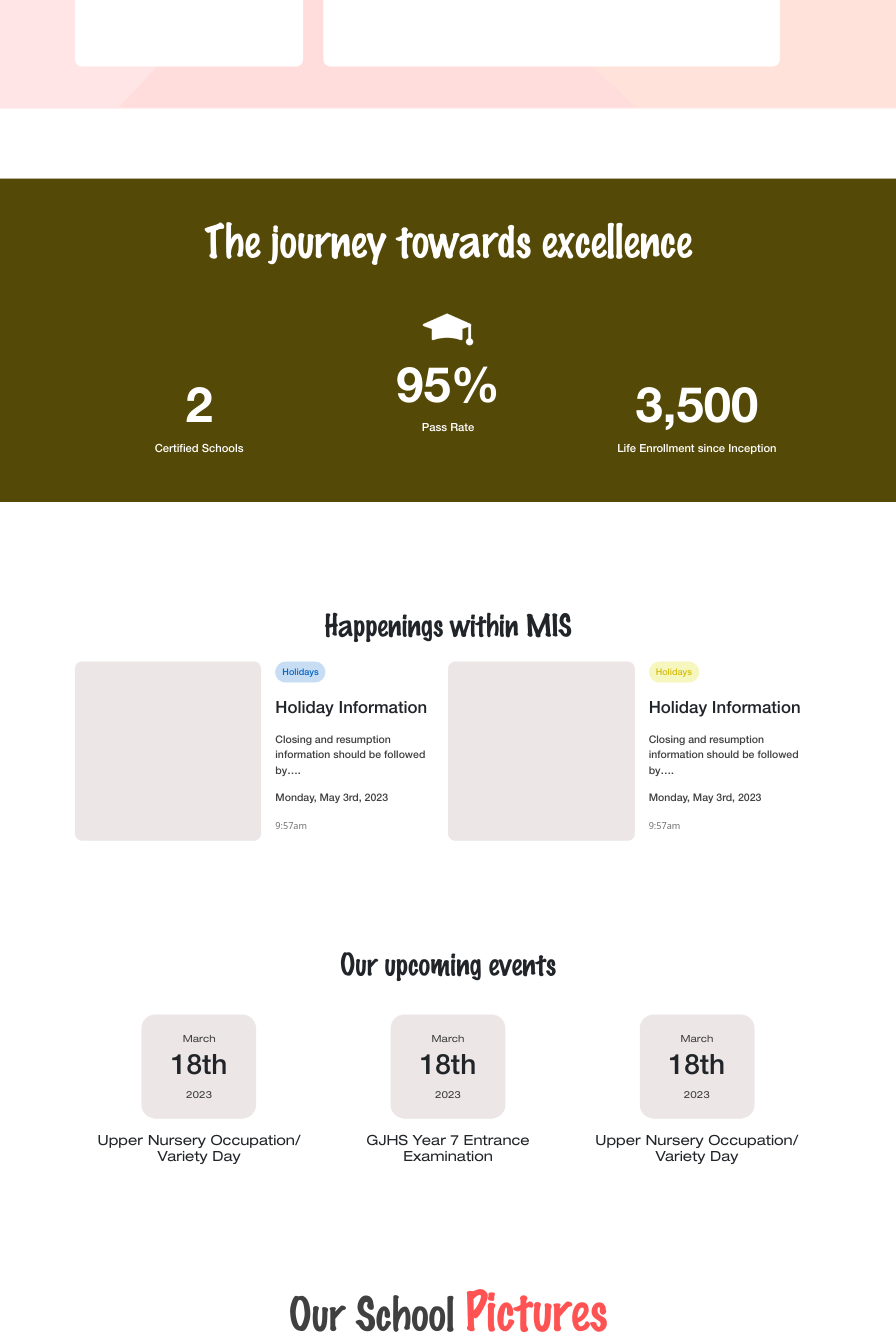
Repository: sarahnnanyelugo/MIGS
Page: /
These files come from the project's save history. The page is drawn as it stood at one moment and after the next save; the edit follows.
The browser window is 1280 px wide. The pictures show the part of the page from y = 3803 to 5723 px (the page is 5723 px tall), at 70% of full size.
The project was rebuilt for these pictures with package versions that can differ from the ones it lists, and the page was loaded fresh each time.

Above is the page before, as saved 2023-05-30 14:18:53.

### src/index.js
import React from "react";
import ReactDOM from "react-dom/client";
import "./index.css";
import App from "./App";
import reportWebVitals from "./reportWebVitals";
import "bootstrap/dist/css/bootstrap.min.css";
import { BrowserRouter, Routes, Route, Link, Outlet } from "react-router-dom";
const root = ReactDOM.createRoot(document.getElementById("root"));
root.render(
  <BrowserRouter>
    <App />
  </BrowserRouter>
);

// If you want to start measuring performance in your app, pass a function
// to log results (for example: reportWebVitals(console.log))
// or send to an analytics endpoint. Learn more: https://bit.ly/CRA-vitals
reportWebVitals();

### src/App.js
import logo from "./logo.svg";
import "./App.scss";
import "bootstrap/dist/css/bootstrap.min.css";
import { BrowserRouter, Routes, Route, Link, Outlet } from "react-router-dom";
import Home from "./pages/Home/Home";
import ScrollToTop from "./components/scrollToTop";
import NavBar from "./components/NavBar/NavBar";
function App() {
  return (
    <>
      <ScrollToTop />
      <NavBar />
      <Routes>
        {" "}
        <Route path="/" element={<Home />} />
        {/* <Route path="tech-hub-page" element={<TechHub />} />
        <Route path="team-hire" element={<TeamHire />} />
        <Route path="hire-page" element={<HiringPage />} /> */}
      </Routes>
    </>
  );
}

export default App;

### src/App.scss
@font-face {
  font-family: maker;
  src: url(./assets/fonts/marker-felt/Marker-Felt.ttf);
}
@font-face {
  font-family: helveticaB;
  src: url(./assets/fonts/helvetica/HelveticaNeueBold.ttf);
}
@font-face {
  font-family: helveticaM;
  src: url(./assets/fonts/helvetica/HelveticaNeueMedium.ttf);
}
@font-face {
  font-family: helveticaR;
  // src: url(./assets/fonts/helvetica/HelveticaNeueRegular.ttf);
  src: url(./assets/fonts/helvetica/HelveticaNeue-Extended.otf);
}

h1,
h2,
h3,
h4,
h5,
h6 {
  font-family: maker;
}

### src/components/NavBar/NavBar.jsx
import React, { useEffect, useState, useRef } from "react";
import { Link, NavLink } from "react-router-dom";
import "./_navbar.scss";
import { useLocation } from "react-router-dom";
// import Icofont from "react-icofont";
import Logo from "../../assets/images/logo2.png";

function NavBar() {
  return (
    <>
      <div className="nav-container col-md-10 offset-md-1">
        {" "}
        <div className=" col-md-1 tech-logo-div">
          {" "}
          <img className="tech-logo" src={Logo} alt="Scholar" width="60%" />
        </div>
        <ul className="list-inline list-unstyled ">
          <li className="list-inline-item">
            <NavLink className="tech-links cool-link" to={"/"}>
              About
            </NavLink>
          </li>
          <li className="list-inline-item">
            <NavLink className="tech-links cool-link">Admission</NavLink>
          </li>
          <li className="list-inline-item">
            <NavLink className="tech-links cool-link">Academics</NavLink>
          </li>
          <li className="list-inline-item">
            <NavLink className="tech-links cool-link">IEC</NavLink>
          </li>{" "}
          <li className="list-inline-item">
            <NavLink className="tech-links cool-link">E-shop</NavLink>
          </li>
          <li className="list-inline-item">
            <NavLink className="tech-links cool-link">Gallery</NavLink>
          </li>
          <li className="list-inline-item">
            <button className="nav-btn">e-portal</button>
          </li>
        </ul>
      </div>
    </>
  );
}

export default NavBar;

### src/components/AppModal/AppModal.js
import "./_app-modal.scss";

// import ModalImg from "../../assets/read2.png";
// import SampleLogo from "../../assets/wellspring.png";

import React, { useEffect, useRef, useState } from "react";

export const AppModal = () => {
  const [showActive, setShowActive] = useState(false);
  const modalContainer = useRef(null);
  const bodyTag = useRef(null);

  useEffect(() => {
    setTimeout(() => {
      // modalContainer.addClass("two");
      // document.body.addClass("modal-active");
      setShowActive(true);
      // modalContainer.click(function () {
      // setShowActive(false);
      // this.addClass("out");
      // document.body.removeClass("modal-active");
      // });
    }, 2000);
  }, []);
  const setThisShowActive = () => {
    setShowActive(!showActive);
  };
  return (
    <>
      <div
        className={`col-md-2 my-app-modal-container ${
          showActive ? "modal-active" : ""
        }`}
      >
        <div
          ref={modalContainer}
          className={`col-md-12 ${showActive ? "two" : ""}`}
          id="modal-container"
        >
          <div className="modal-background col-md-12">
            <button onClick={setThisShowActive} className="close-btn">
              {/* <i class="icofont-close">x</i> */}X
            </button>

            <div className="modal col-md-10">
              <div className="col-md-12 ">
                <h2>Admission in progress</h2>
                <p>
                  Admission is currently on into Creche, Pre-school, Primary and
                  Secondary classes.
                </p>
                <buttton className="app-btn col-md-12">Apply Now</buttton>
              </div>{" "}
            </div>
          </div>
        </div>
      </div>
    </>
  );
};

### src/pages/Home/home.scss
@import "../../variables";
@import "../../shared-styles";
.landing-img {
  position: relative;
  text-align: left;
  color: #fff;
  height: 800px;
  background-color: grey;
}
.centered {
  position: absolute;
  top: 50%;
  left: 20%;

  transform: translate(-50%, -50%);
  h1 {
    font-size: 114px !important;
  }
}
.welcome-header {
  color: #707070;

  h1 {
    font-size: 60px;
  }
}
.welcome-paragraph {
  p {
    color: #707070;
    font-family: helveticaM;
  }
}
.welcome-div {
  height: 800px;
  background: url("../../assets/images/curly.png");
  background-size: contain;
  background-repeat: no-repeat;
}
.section-div {
  margin-top: -280px;

  h1 {
    font-size: 60px;
    color: #707070;
  }
}
.sections-container {
  position: relative;
  text-align: center;
  margin-bottom: 50px;
  border-radius: 10px;
  height: 358px;
}
.bottom-left {
  position: absolute;
  bottom: 8px;
  left: 16px;
}
.early-years {
  background: #ff5252;
  color: #fff;
}
.primary {
  background: #f2e15f;
  color: #000;
}
.special {
  background: #838383;
  color: #fff;
}
.junior {
  background: #2ebbef;
  color: #fff;
}
.senior {
  background: #30eaa9;
  color: #000;
}
.birthright-div {
  background: url("../../assets/images/pink-bg.png");
  background-size: cover;
  background-repeat: no-repeat;
  padding: 60px 0;
  margin: 100px 0;
  h1 {
    margin-bottom: 20px;
  }
  span {
    color: $red;
    font-size: 60px;
  }
  color: #707070;
  p {
    font-family: helveticaM;
    margin-bottom: 100px;
  }
  .img-div {
    height: 487px;
    border-radius: 10px;
    background: #fff;
  }
}
.stats-div {
  background: #554907;
  padding: 50px 0;
  h1 {
    color: #fff;
    font-size: 60px;
    // margin-bottom: 40px;
  }
  .stats {
    h1 {
      color: #fff;
      font-size: 70px;
      font-family: helveticaB;
    }
    p {
      color: #fff;
      font-family: helveticaM;
    }
  }
}
.news-div {
  margin-bottom: 50px;
  .img-div2 {
    background: #ede6e6;
    border-radius: 10px;
    height: 256px;
  }
  .news-details {
    padding: 0 0 0 20px;
    h4 {
      font-family: helveticaM;
      margin: 20px 0;
    }
    button {
      border: none;
      width: 72px;
      height: 30px;
      font-size: 13px;
      font-family: helveticaM;
      border-radius: 35px;
    }
    p {
      font-family: helveticaM;
      color: #414040;
      font-size: 15px;
    }
    small {
      font-size: 13px;
      color: #707070;
    }
    .holidays {
      background: #c6ddf4;
      color: #0b66c1;
    }
    .events {
      background: #f6f7be;
      color: #d3bd13;
    }
  }
}
.events-container {
  height: 149px;
  background: #ede6e6;
  width: 164px;
  border-radius: 20px;
  padding-top: 22px;
  h1 {
    font-family: helveticaM;
  }
  small {
    font-family: helveticaR;
    color: #414040;
  }
}
.upcoming-div {
  p {
    font-family: helveticaR;
    font-size: 20px;
    margin-top: 20px;
    line-height: 22px;
  }
}
.pictures-container {
  h1 {
    font-size: 60px;
    color: #414040;
  }
  span {
    font-size: 70px;
    color: $red;
  }
}

### src/pages/Home/Events.js
import React from "react";

function Events({ day, year, month }) {
  return (
    <div className="events-container">
      <center>
        <small>{month}</small>
        <h1>{day}</h1>
        <small>{year}</small>
      </center>
    </div>
  );
}

export default Events;

### src/components/NavBar/_navbar.scss
@import "../../variables";
@import "../../shared-styles";

.nav-container {
  display: flex;
  padding-top: 20px;
  position: relative;
  z-index: 2 !important;
  padding-bottom: 0;
  height: 90px;
  background-color: #fff !important;
  ul li {
    margin-top: 0px !important;
  }
  .nav-btn {
    @include app-btn;
    padding: 8px 40px;
    // margin-top: 0 !important;
    border: none;
  }
  .tech-logo-div {
    flex-grow: 1 !important;
    margin-top: -10px;
  }
  .tech-links {
    color: #000;
    text-decoration: none;
    font-family: helveticaM;
    margin: 0px 28px !important;
    &:hover {
      color: $red;
    }
  }
}

### src/components/AppModal/_app-modal.scss
@import "../../variables";
@import "../../shared-styles";

.my-app-modal-container {
  position: relative;
  z-index: 3000 !important;
  .close-btn {
    right: 39% !important;
    background: grey !important;
    border-radius: 100%;
    position: relative;
    float: right;
    height: 30px !important;
    width: 30px !important;
    font-size: 15px;
    font-weight: bold;
    color: #fff !important;
    margin-top: -25px;

    background: transparent;
    border: none;
    z-index: 4000;
    &:hover {
      color: $lightblue !important;
    }
    @media screen and (max-width: 620px) {
      right: 5% !important;
      margin-top: 20px;
    }
  }
  * {
    box-sizing: border-box;
  }

  html,
  body,
  .my-app-modal-container {
    min-height: 100%;
    height: 100%;

    &.modal-active {
      overflow: hidden;
    }
  }

  #modal-container {
    position: fixed;
    display: table;
    height: 100%;
    width: 100%;
    top: 0;
    left: 0;
    transform: scale(0);
    z-index: 1;

    &.two {
      transform: scale(1);
      .modal-background {
        background: rgba(0, 0, 0, 0);
        animation: fadeIn 0.5s cubic-bezier(0.165, 0.84, 0.44, 1) forwards;
        .modal {
          opacity: 0;
          animation: scaleUp 1s cubic-bezier(0.165, 0.84, 0.44, 1) forwards;
          background: #fff !important;
          border-radius: 10px;
          width: 25%;
          height: 70%;
          top: 0px;
          padding: 20px;
          @media screen and (max-width: 620px) {
            height: fit-content;
            width: 90%;
            top: 70px;
          }
          color: black;

          p {
            text-align: center !important;
            font-family: helveticaM;
            font-size: 14px;
          }
          h2 {
            font-family: helveticaB;
          }
        }
      }
      + .content {
        animation: scaleBack 0.5s cubic-bezier(0.165, 0.84, 0.44, 1) forwards;
      }
      &.out {
        animation: quickScaleDown 0s 0.5s linear forwards;
        .modal-background {
          animation: fadeOut 0.5s cubic-bezier(0.165, 0.84, 0.44, 1) forwards;
          .modal {
            animation: scaleDown 0.5s cubic-bezier(0.165, 0.84, 0.44, 1)
              forwards;
          }
        }
        + .content {
          animation: scaleForward 0.5s cubic-bezier(0.165, 0.84, 0.44, 1)
            forwards;
        }
      }
    }

    .modal-background {
      display: table-cell;
      background: rgba(0, 0, 0, 0.6);
      text-align: center;
      vertical-align: middle;
      .modal {
        background: white;
        padding: 30px 0;
        display: inline-block;
        position: relative;

        .modal-svg {
          position: absolute;
          top: 0;
          left: 0;
          height: 100%;
          width: 100%;
          border-radius: 3px;
          rect {
            stroke: #fff;
            stroke-width: 2px;
            stroke-dasharray: 778;
            stroke-dashoffset: 778;
          }
        }
      }
    }
  }

  @keyframes unfoldIn {
    0% {
      transform: scaleY(0.005) scaleX(0);
    }
    50% {
      transform: scaleY(0.005) scaleX(1);
    }
    100% {
      transform: scaleY(1) scaleX(1);
    }
  }

  @keyframes unfoldOut {
    0% {
      transform: scaleY(1) scaleX(1);
    }
    50% {
      transform: scaleY(0.005) scaleX(1);
    }
    100% {
      transform: scaleY(0.005) scaleX(0);
    }
  }

  @keyframes zoomIn {
    0% {
      transform: scale(0);
    }
    100% {
      transform: scale(1);
    }
  }

  @keyframes zoomOut {
    0% {
      transform: scale(1);
    }
    100% {
      transform: scale(0);
    }
  }

  @keyframes fadeIn {
    0% {
      background: rgba(0, 0, 0, 0);
    }
    100% {
      background: rgba(0, 0, 0, 0.7);
    }
  }

  @keyframes fadeOut {
    0% {
      background: rgba(0, 0, 0, 0.7);
    }
    100% {
      background: rgba(0, 0, 0, 0);
    }
  }

  @keyframes scaleUp {
    0% {
      transform: scale(0.8) translateY(1000px);
      opacity: 0;
    }
    100% {
      transform: scale(1) translateY(0px);
      opacity: 1;
    }
  }

  @keyframes scaleDown {
    0% {
      transform: scale(1) translateY(0px);
      opacity: 1;
    }
    100% {
      transform: scale(0.8) translateY(1000px);
      opacity: 0;
    }
  }

  @keyframes scaleBack {
    0% {
      transform: scale(1);
    }
    100% {
      transform: scale(0.85);
    }
  }

  @keyframes scaleForward {
    0% {
      transform: scale(0.85);
    }
    100% {
      transform: scale(1);
    }
  }

  @keyframes quickScaleDown {
    0% {
      transform: scale(1);
    }
    99.9% {
      transform: scale(1);
    }
    100% {
      transform: scale(0);
    }
  }

  @keyframes slideUpLarge {
    0% {
      transform: translateY(0%);
    }
    100% {
      transform: translateY(-100%);
    }
  }

  @keyframes slideDownLarge {
    0% {
      transform: translateY(-100%);
    }
    100% {
      transform: translateY(0%);
    }
  }

  @keyframes moveUp {
    0% {
      transform: translateY(150px);
    }
    100% {
      transform: translateY(0);
    }
  }

  @keyframes moveDown {
    0% {
      transform: translateY(0px);
    }
    100% {
      transform: translateY(150px);
    }
  }

  @keyframes blowUpContent {
    0% {
      transform: scale(1);
      opacity: 1;
    }
    99.9% {
      transform: scale(2);
      opacity: 0;
    }
    100% {
      transform: scale(0);
    }
  }

  @keyframes blowUpContentTwo {
    0% {
      transform: scale(2);
      opacity: 0;
    }
    100% {
      transform: scale(1);
      opacity: 1;
    }
  }

  @keyframes blowUpModal {
    0% {
      transform: scale(0);
    }
    100% {
      transform: scale(1);
    }
  }

  @keyframes blowUpModalTwo {
    0% {
      transform: scale(1);
      opacity: 1;
    }
    100% {
      transform: scale(0);
      opacity: 0;
    }
  }

  @keyframes roadRunnerIn {
    0% {
      transform: translateX(-1500px) skewX(30deg) scaleX(1.3);
    }
    70% {
      transform: translateX(30px) skewX(0deg) scaleX(0.9);
    }
    100% {
      transform: translateX(0px) skewX(0deg) scaleX(1);
    }
  }

  @keyframes roadRunnerOut {
    0% {
      transform: translateX(0px) skewX(0deg) scaleX(1);
    }
    30% {
      transform: translateX(-30px) skewX(-5deg) scaleX(0.9);
    }
    100% {
      transform: translateX(1500px) skewX(30deg) scaleX(1.3);
    }
  }

  @keyframes sketchIn {
    0% {
      stroke-dashoffset: 778;
    }
    100% {
      stroke-dashoffset: 0;
    }
  }

  @keyframes sketchOut {
    0% {
      stroke-dashoffset: 0;
    }
    100% {
      stroke-dashoffset: 778;
    }
  }

  @keyframes modalFadeIn {
    0% {
      background-color: transparent;
    }
    100% {
      background-color: white;
    }
  }

  @keyframes modalFadeOut {
    0% {
      background-color: white;
    }
    100% {
      background-color: transparent;
    }
  }

  @keyframes modalContentFadeIn {
    0% {
      opacity: 0;
      top: -20px;
    }
    100% {
      opacity: 1;
      top: 0;
    }
  }

  @keyframes modalContentFadeOut {
    0% {
      opacity: 1;
      top: 0px;
    }
    100% {
      opacity: 0;
      top: -20px;
    }
  }

  @keyframes bondJamesBond {
    0% {
      transform: translateX(1000px);
    }
    80% {
      transform: translateX(0px);
      border-radius: 75px;
      height: 75px;
      width: 75px;
    }
    90% {
      border-radius: 3px;
      height: 182px;
      width: 247px;
    }
    100% {
      border-radius: 3px;
      height: 162px;
      width: 227px;
    }
  }

  @keyframes killShot {
    0% {
      transform: translateY(0) rotate(0deg);
      opacity: 1;
    }
    100% {
      transform: translateY(300px) rotate(45deg);
      opacity: 0;
    }
  }

  @keyframes fadeToRed {
    0% {
      background-color: rgba(black, 0.6);
    }
    100% {
      background-color: rgba(red, 0.8);
    }
  }

  @keyframes slowFade {
    0% {
      opacity: 1;
    }
    99.9% {
      opacity: 0;
      transform: scale(1);
    }
    100% {
      transform: scale(0);
    }
  }
}

### src/_variables.scss
$yellow: rgb(255, 210, 16);
$red: #ff5252;
$skyblue: rgb(83, 180, 242);
$lightblue: rgb(12, 99, 177);
$lightblue2: rgb(12, 88, 160);
$lighterblue: rgb(211, 236, 252);
$deepblue2: rgb(0, 79, 157);
$mainblue: rgb(1, 71, 141);

@mixin app-btn {
  color: #fff;
  border-radius: 35px;
  padding: 8px 130px;
  font-size: 14px;
  background: $red;

  font-family: helveticaM;
  &:hover {
    background: #c90e0e;
    transition: 0.5s ease;
  }
}

### src/_shared-styles.scss
@import "./variables";

@media screen and (max-width: 620px) {
  .flexyM {
    display: flex !important;
  }
  .side-menu {
    display: none !important;
  }
  .page-body {
    padding: 20px;
  }

  .dn {
    display: none;
  }
  .holder img {
    height: 200px;
    margin-top: 40px !important;
  }
  .overlay {
    bottom: -30px !important;
  }
  .m-margin {
    margin-top: 0 !important;
    margin-bottom: 0 !important;
  }
  .navigations {
    display: none;
  }
  .breadcrum {
    margin-top: 350px !important;
  }
}
@media screen and (min-width: 620px) {
  .flexy {
    display: flex;
  }
  .spread {
    display: flex;
  }
  // {
  //   display:none;
  // }
}

/* Container needed to position the overlay. Adjust the width as needed */
.holder {
  position: relative;
  width: 100%;
}

.side-nav2 {
  @media screen and (max-width: 620px) {
    padding: 0 10px 0;
  }
}
.br {
  border-radius: 10px;
}
.mt1 {
  margin-top: 10px;
}
.mt2 {
  margin-top: 20px;
}
.mt3 {
  margin-top: 30px;
}
.mt4 {
  margin-top: 40px;
}
.mt5 {
  margin-top: 50px;
}
.mt6 {
  margin-top: 60px;
}
.mt7 {
  margin-top: 70px;
}
.mt8 {
  margin-top: 80px;
}
.mt9 {
  margin-top: 90px;
}
.mt {
  margin-top: 120px;
}
.mtt {
  margin-top: 150px;
}
.mr1 {
  margin-right: 10px;
}
.mr2 {
  margin-right: 20px;
}
.mr3 {
  margin-right: 30px;
}
.mr4 {
  margin-right: 40px;
}
.mr5 {
  margin-right: 50px;
}
.mr6 {
  margin-right: 60px;
}
.mr7 {
  margin-right: 70px;
}
.mb1 {
  margin-bottom: 10px;
}
.mb2 {
  margin-bottom: 20px;
}
.mb3 {
  margin-bottom: 30px;
}
.mb4 {
  margin-bottom: 40px;
}
.mb5 {
  margin-bottom: 50px;
}
.mb6 {
  margin-bottom: 60px;
}
.ml2 {
  margin-left: 20px;
}
.ml3 {
  margin-left: 30px;
}
.ml4 {
  margin-left: 40px;
}
.ml5 {
  margin-left: 50px;
}
.ml6 {
  margin-left: 60px;
}

.app-btn {
  @include app-btn;
  width: 100% !important;
}
.tac {
  text-align: center;
}
.normal-link {
  font-family: helveticaM;
  color: black !important;
  text-decoration: none;
}

Loaded but not shown: public/index.html (common file); src/index.css (common file); src/reportWebVitals.js (common file); src/components/scrollToTop.js (common file); src/pages/Home/Home.js (332 lines, source omitted)

After the next save:
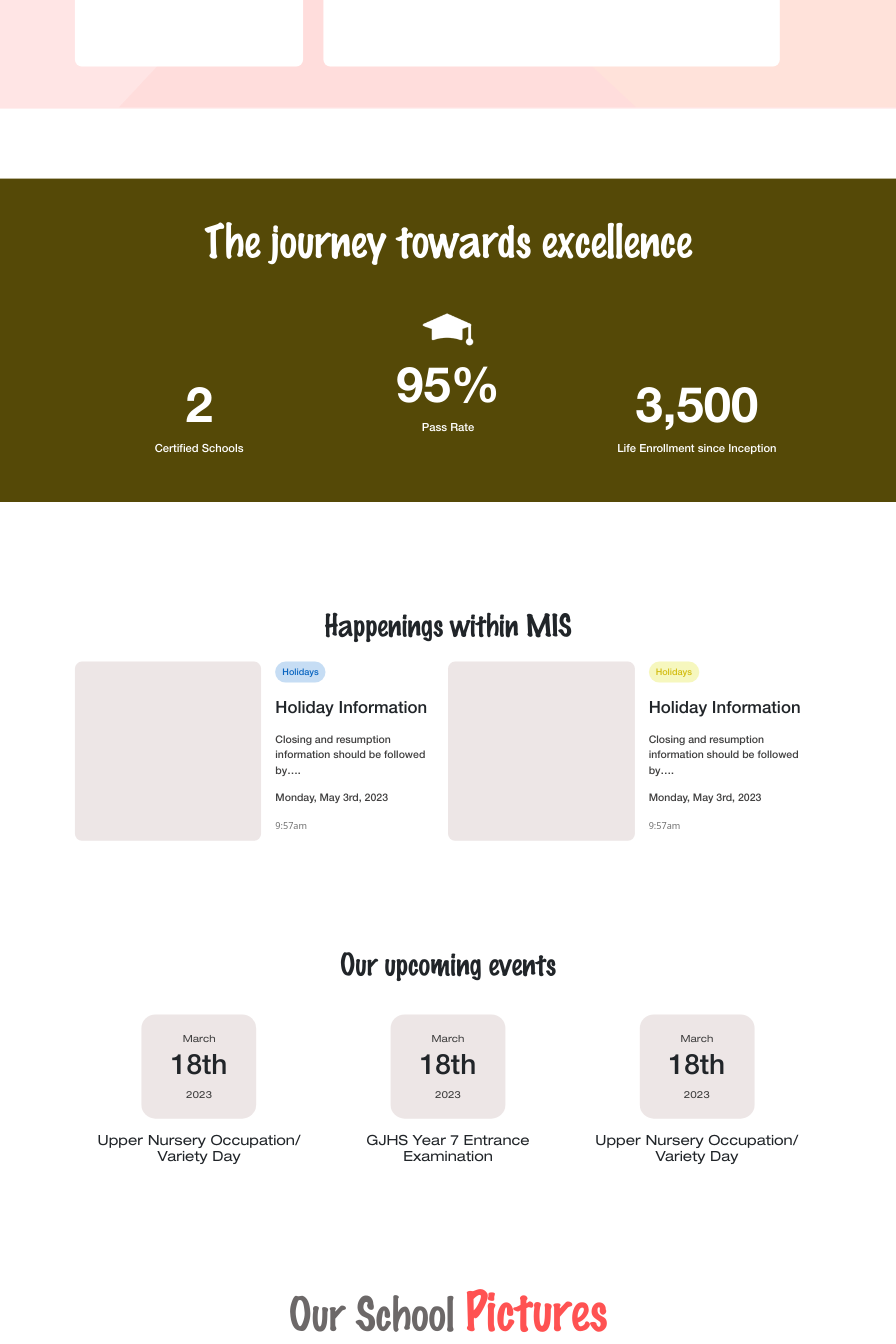
Saved 12 s later.
--- a/src/pages/Home/home.scss
+++ b/src/pages/Home/home.scss
@@ -185,7 +185,7 @@
 .pictures-container {
   h1 {
     font-size: 60px;
-    color: #414040;
+    color: #6c6868;
   }
   span {
     font-size: 70px;
